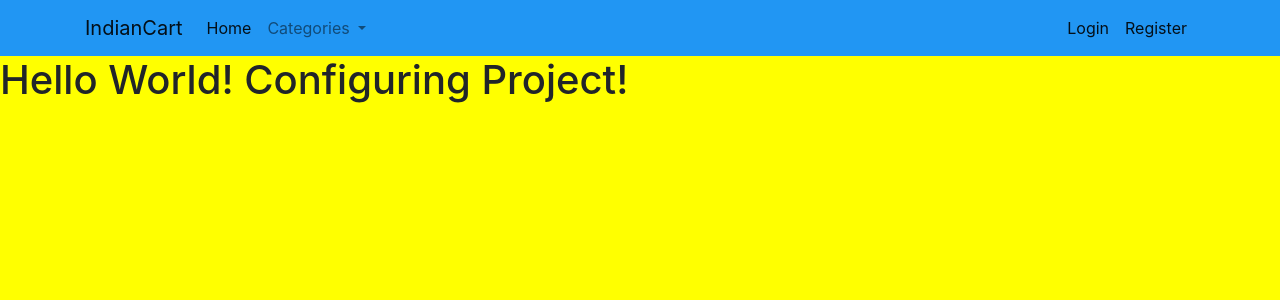
Repository: neerajchavan/E-Commerce-Project
Page: http://localhost/E-Commerce-Project/
These files come from the project's save history. The page is drawn as it stood at one moment and after the next save; the edit follows.
The browser window is 1280 px wide. The pictures show the whole page.
Some web libraries are served in a nearby version. The page is served by Tomcat 9.

Above is the page before, as saved 2020-10-07 15:23:41.

After the next save:
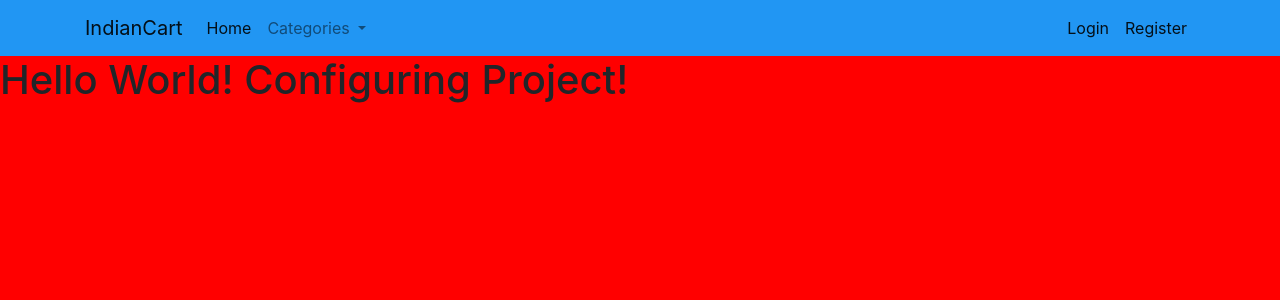
Saved 16 s later.
--- a/E-Commerce-Project/WebContent/CSS/Style.css
+++ b/E-Commerce-Project/WebContent/CSS/Style.css
@@ -3,5 +3,5 @@
 }
 
 body{
-	background:yellow;
+	background:red;
 }
